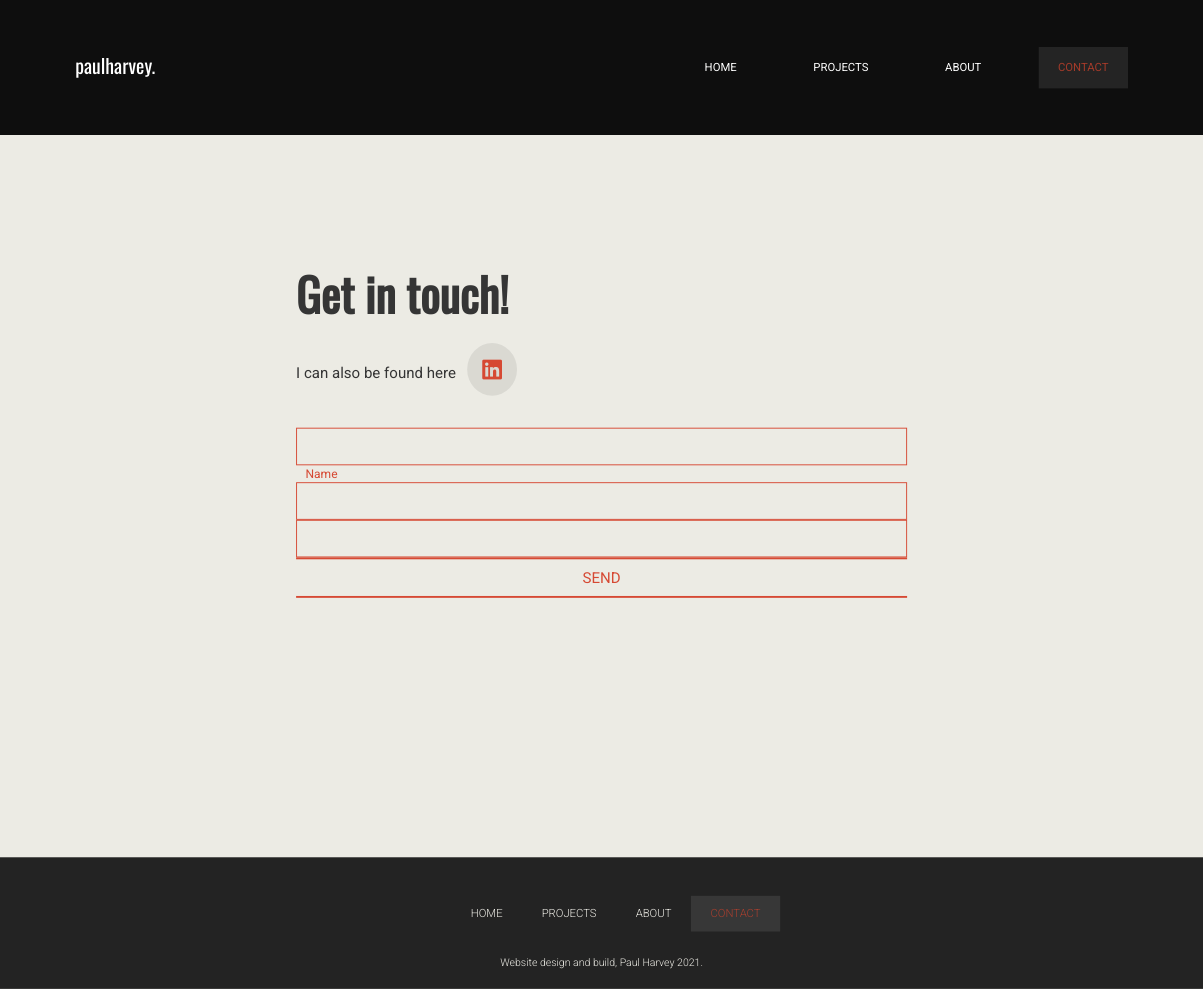
Repository: pavhns20/my-new-portfolio
Page: www/contact.html
These files come from the project's save history. The page is drawn as it stood at one moment and after the next save; the edit follows.
The browser window is 1280 px wide. The pictures show the whole page, at 94% of full size.
Some web libraries are served in a nearby version.

Above is the page before, as saved 2022-01-11 10:30:12.
Console error: TypeError: Cannot read properties of null (reading 'addEventListener')

### www/contact.html
<!DOCTYPE html>
<html lang="en">
	<head>
		<meta charset="UTF-8" />
		<meta name="viewport" content="width=device-width, initial-scale=1.0" />
		<link
			rel="stylesheet"
			href="https://unpkg.com/swiper/swiper-bundle.min.css"
		/>
		<link
			href="https://fonts.googleapis.com/css2?family=Oswald:wght@300;400&display=swap"
			rel="stylesheet"
		/>
		<link rel="preconnect" href="https://fonts.googleapis.com" />
		<link rel="preconnect" href="https://fonts.gstatic.com" crossorigin />
		<link
			href="https://fonts.googleapis.com/css2?family=Roboto+Mono:wght@300;400;500;600&family=Roboto:wght@100;300;400&display=swap"
			rel="stylesheet"
		/>

		<link rel="stylesheet" href="https://unpkg.com/aos@next/dist/aos.css" />

		<link href="main.css" rel="stylesheet" />

		<title>Paul Harvey - UX Designer - Contact page</title>
		<script
			src="https://kit.fontawesome.com/214c7f40bc.js"
			crossorigin="anonymous"
		></script>
	</head>

	<body>
		<header class="home-header">
			<div id="logo">
				<a href="index.html">paulharvey.</a>
			</div>

			<div>
				<nav class="topnav-right">
					<a class="navi" href="index.html">Home</a>
					<a class="navi" href="projects.html">Projects</a>
					<a class="navi" href="about.html">About</a>
					<a class="navi current" href="contact.html">Contact</a>
				</nav>
			</div>
			<div id="burger">
				<svg
					id="Layer_1"
					data-name="Layer 1"
					xmlns="http://www.w3.org/2000/svg"
					width="40"
					height="40"
					viewBox="0 0 35 30"
				>
					<path
						id="top"
						class="line"
						d="M660.53,443.53h25s7.92-.26,3.62-5.76c-2.23-2.85-7.28,2.89-7.28,2.89l-17.68,17.68"
						transform="translate(-660.43 -436.48)"
					/>
					<path
						id="bottom"
						class="line"
						d="M660.43,455.42h25s7.92.26,3.62,5.76c-2.23,2.85-7.28-2.89-7.28-2.89l-17.68-17.68"
						transform="translate(-660.43 -436.48)"
					/>
					<line
						id="middle"
						class="line"
						x1="0.1"
						y1="13.02"
						x2="25.1"
						y2="13.02"
					/>
				</svg>
			</div>

			<aside class="hamburger-menu" id="popup">
				<a class="navi" href="index.html">Home</a>
				<a class="navi" href="projects.html">Projects</a>
				<a class="navi" href="about.html">About</a>
				<a class="navi current" href="contact.html">Contact</a>
			</aside>
		</header>

		<main>
			<section class="contact-hero">
				<div class="form">
					<h1>Get in touch!</h1>
					<span
						>I can also be found here
						<a href="https://www.linkedin.com/in/paulvharvey/">
							<i class="fab fa-linkedin"></i></a
					></span>
					<br /><br />
					<form action="https://formsubmit.co/paul.harvey1@gmail.com" method="POST">

						<input type="hidden" name="_next" value="https://paulharveydesign.com/thankyou.html">


						<input type="text"  name="name" required>
						<label for="name">Name</label>
						<input type="email" name="email" required>
						<input type="textarea" name="textarea" required>
						<button type="submit" class="view-btn" id="big-btn">SEND</button>
			 </form>
					<!-- <form
						action="https://formsubmit.co/paulharvey1@gmail.com"
						method="POST"
					>
						<input type="hidden" name="_captcha" value="false" />
						<input type="hidden" name="_subject" value="New email!" />
						<input
							type="hidden"
							name="_next"
							value="https://paulharveydesign.com/thankyou.html"
						/>

						<div class="row">
							<div class="input-group">
								<input type="text" id="name" name="name" required />
								<label for="name">Name</label>
							</div>
							<div class="input-group">
								<input type="text" id="number" name="number" required />
								<label for="number">Phone No.</label>
							</div>
						</div>

						<div class="input-group">
							<input type="email" id="email" name="email" required />
							<label for="email">Email</label>
						</div>
						<div class="input-group">
							<textarea id="message" cols="1" rows="4" name="message" required></textarea>
							<label for="message">Your Message</label>
						</div> -->
						<!-- <button type="submit">SUBMIT</button> -->
					</form>

					<!-- <a class="view-btn" href="contact.html">GET IN TOUCH</a> -->
					<!-- <button type="submit" class="view-btn" id="big-btn">SEND</button> -->
				</div>
			</section>
		</main>

		<footer>
			<ul>
				<li><a href="index.html">Home</a></li>
				<li><a href="projects.html">Projects</a></li>
				<li><a href="about.html">About</a></li>
				<li><a href="contact.html" class="current">Contact</a></li>
			</ul>
			<p>Website design and build, Paul Harvey 2021.</p>
		</footer>

		<script src="https://cdnjs.cloudflare.com/ajax/libs/gsap/3.5.1/gsap.min.js"></script>
		<script
			src="https://code.jquery.com/jquery-3.5.1.slim.min.js"
			integrity="sha384-DfXdz2htPH0lsSSs5nCTpuj/zy4C+OGpamoFVy38MVBnE+IbbVYUew+OrCXaRkfj"
			crossorigin="anonymous"
		></script>
		<script
			src="https://cdn.jsdelivr.net/npm/popper.js@1.16.1/dist/umd/popper.min.js"
			integrity="sha384-9/reFTGAW83EW2RDu2S0VKaIzap3H66lZH81PoYlFhbGU+6BZp6G7niu735Sk7lN"
			crossorigin="anonymous"
		></script>
		<script
			src="https://stackpath.bootstrapcdn.com/bootstrap/4.5.2/js/bootstrap.min.js"
			integrity="sha384-B4gt1jrGC7Jh4AgTPSdUtOBvfO8shuf57BaghqFfPlYxofvL8/KUEfYiJOMMV+rV"
			crossorigin="anonymous"
		></script>
		<script src="js/burger.js"></script>
		<script src="js/main.js"></script>
	</body>
</html>

Loaded but not shown: www/js/main.js (173 lines, source omitted); www/js/burger.js (9 lines, source omitted); www/main.css (2655 lines, source omitted)

After the next save:
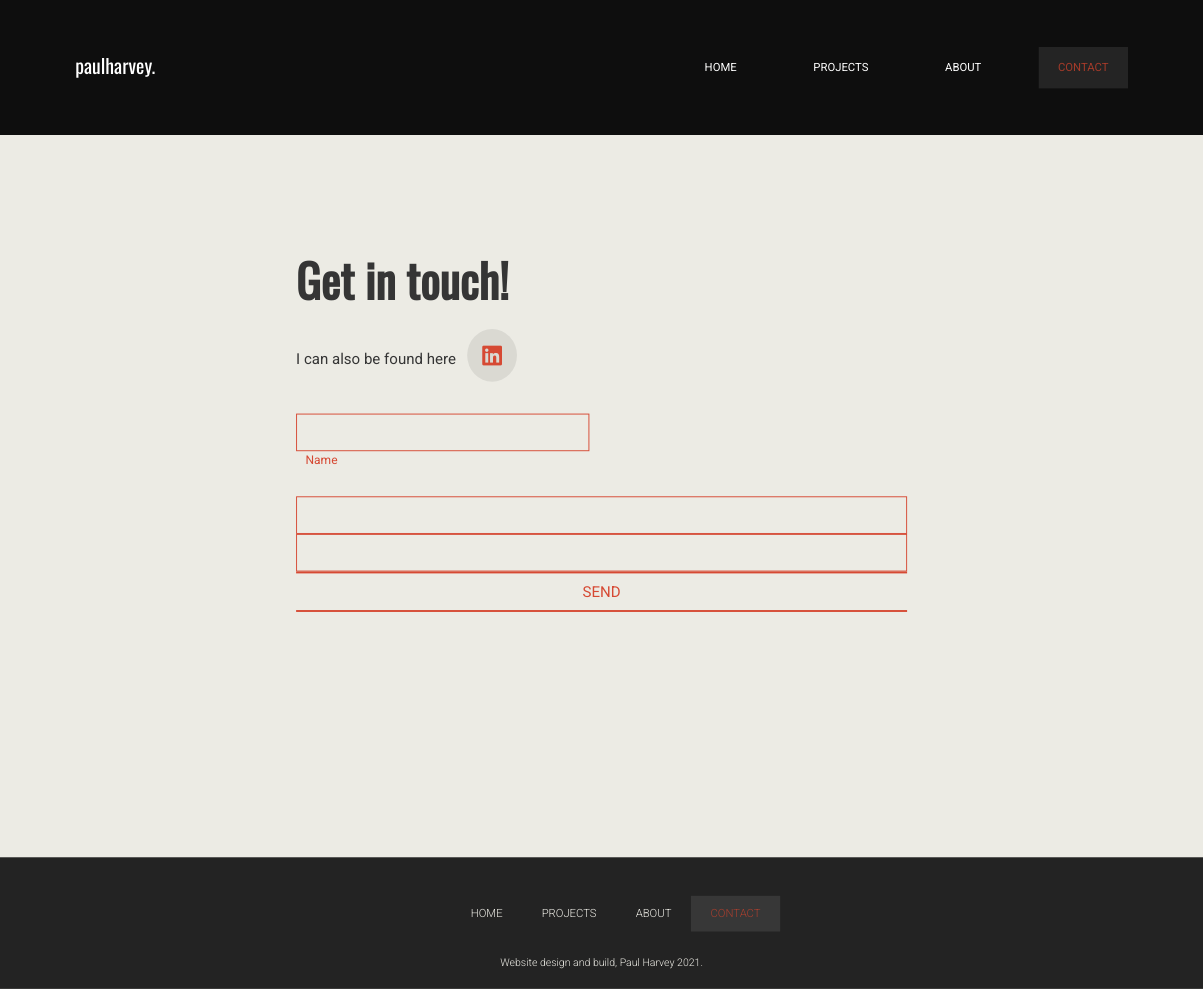
Saved 2 min 2 s later.
--- a/www/contact.html
+++ b/www/contact.html
@@ -97,9 +97,14 @@
 
 						<input type="hidden" name="_next" value="https://paulharveydesign.com/thankyou.html">
 
-
+				<div class= "row">
+					<div class="input-group">
 						<input type="text"  name="name" required>
 						<label for="name">Name</label>
+					</div>
+				</div>
+						<!-- <input type="text"  name="name" required>
+						<label for="name">Name</label> -->
 						<input type="email" name="email" required>
 						<input type="textarea" name="textarea" required>
 						<button type="submit" class="view-btn" id="big-btn">SEND</button>
